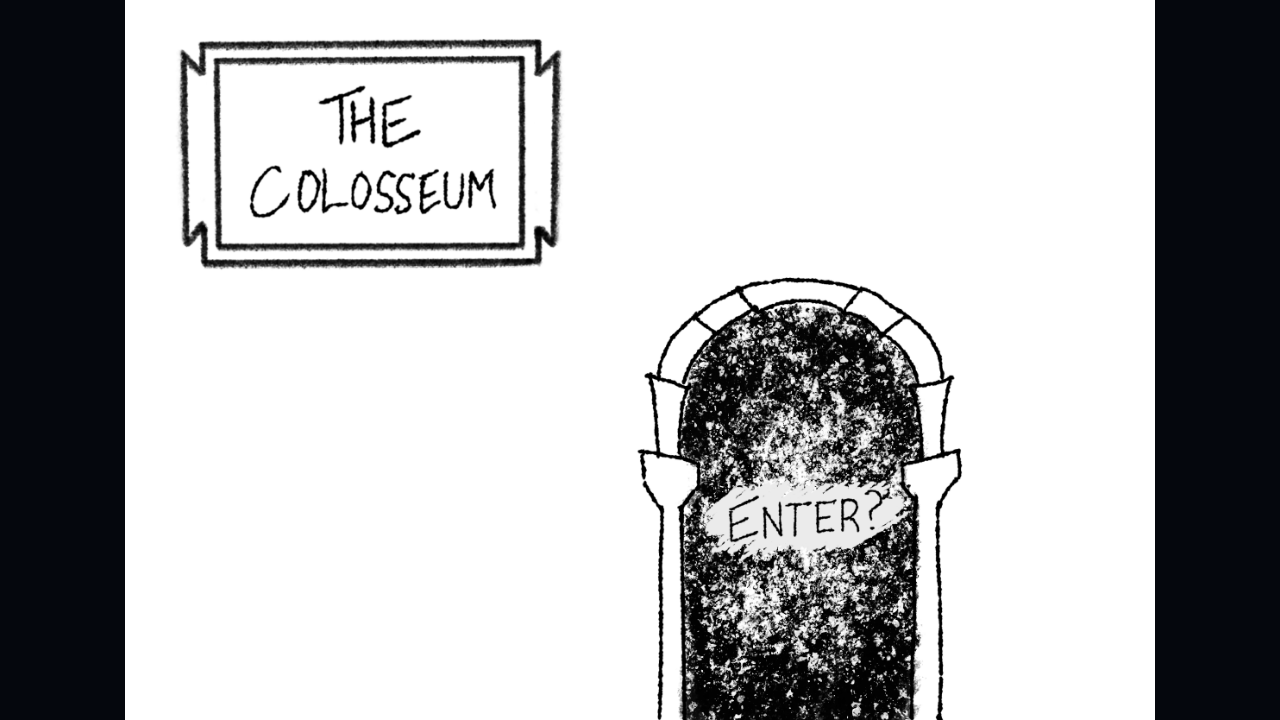
Repository: ejarnie0/theColosseum
Page: /
These files come from the project's save history. The page is drawn as it stood at one moment and after a run of saves; the edit follows.
The browser window is 1280 px wide. The pictures show the whole page.
The project was rebuilt for these pictures with package versions that can differ from the ones it lists, and the page was loaded fresh each time. Also part of the build but not shown: vite.config.ts.

Above is the page before, as saved 2025-12-12 00:29:28.

After the next 2 saves:
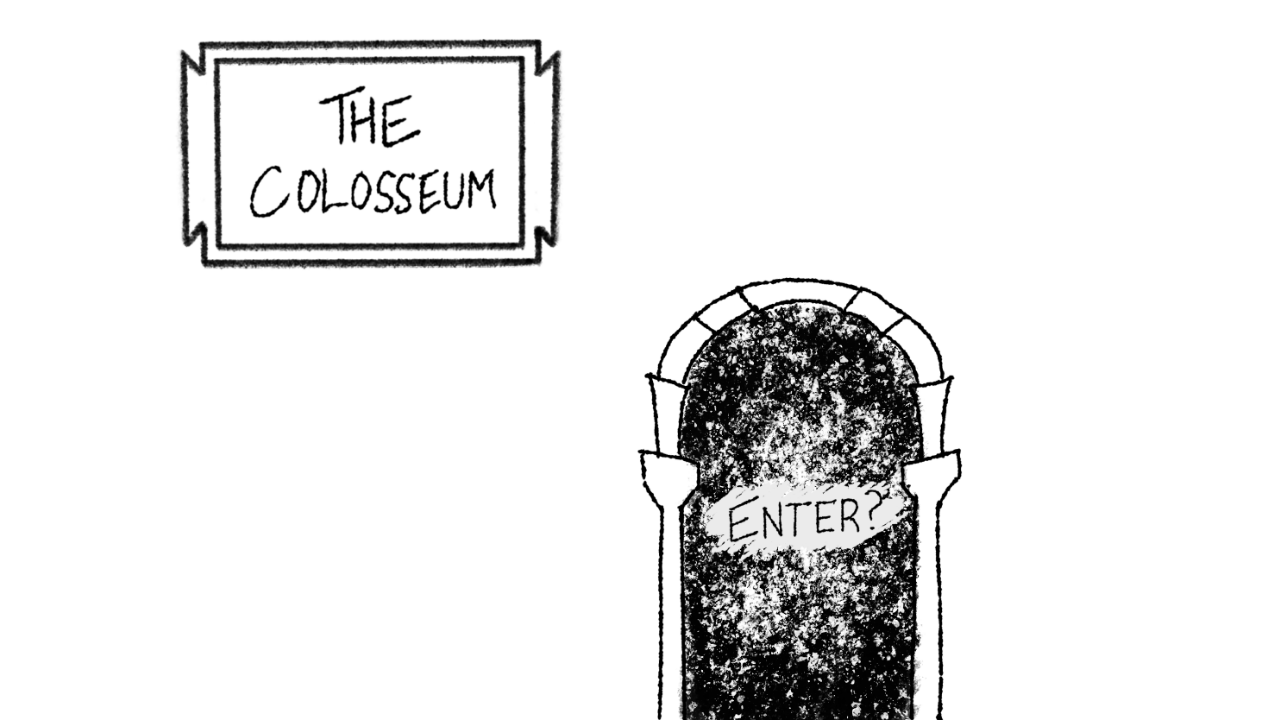
The 2 saves are shown as one change because they came seconds apart.
The last was saved 15 s later.
--- a/src/App.css
+++ b/src/App.css
@@ -18,13 +18,13 @@ body {
   min-height: 100vh;
   display: grid;
   place-items: center;
-  background: #05070d;
+  background: #ffffff;
 }
 
 .title-image {
   width: 100vw;
   height: 100vh;
   object-fit: contain;
-  background: #05070d;
+  background: #ffffff;
   display: block;
 }
